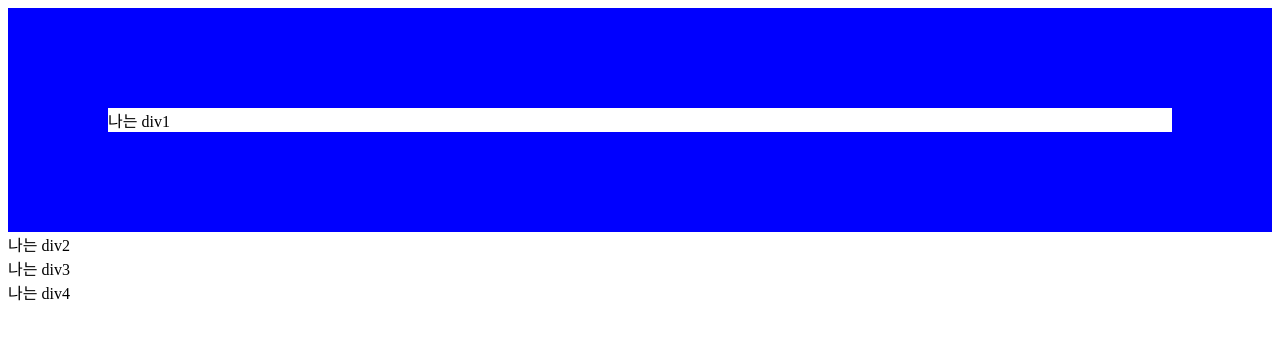
Repository: raccoon304/gugkbi_jsp
Page: HTML5/src/main/webapp/ch01_cssOrder/cssOrder.html
The author's editor kept a copy of each file at every save. The page is drawn from the files as they stood at one save, then again after the next save.
The browser window is 1280 px wide. The pictures show the whole page.

Above is the page before, as saved 2025-11-13 07:13:26.

After the next save:
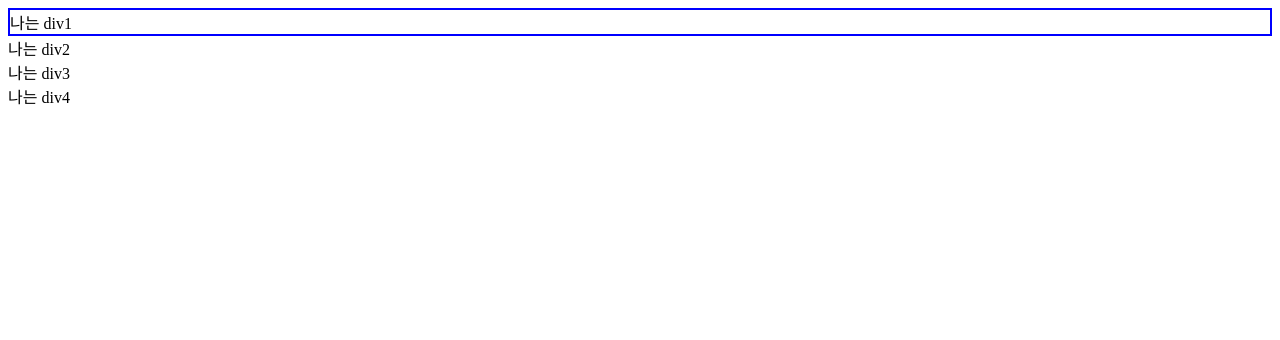
Saved 5 s later.
--- a/HTML5/src/main/webapp/ch01_cssOrder/cssOrder.html
+++ b/HTML5/src/main/webapp/ch01_cssOrder/cssOrder.html
@@ -6,7 +6,7 @@
 </head>
 <body>
 	<!--  HTML 주석문  -->
-	<div style="border: solid 100px blue; ">나는 div1</div>
+	<div style="border: solid 2px blue; ">나는 div1</div>
 	<div>나는 div2</div>
 	<div>나는 div3</div>
 	<div>나는 div4</div>
